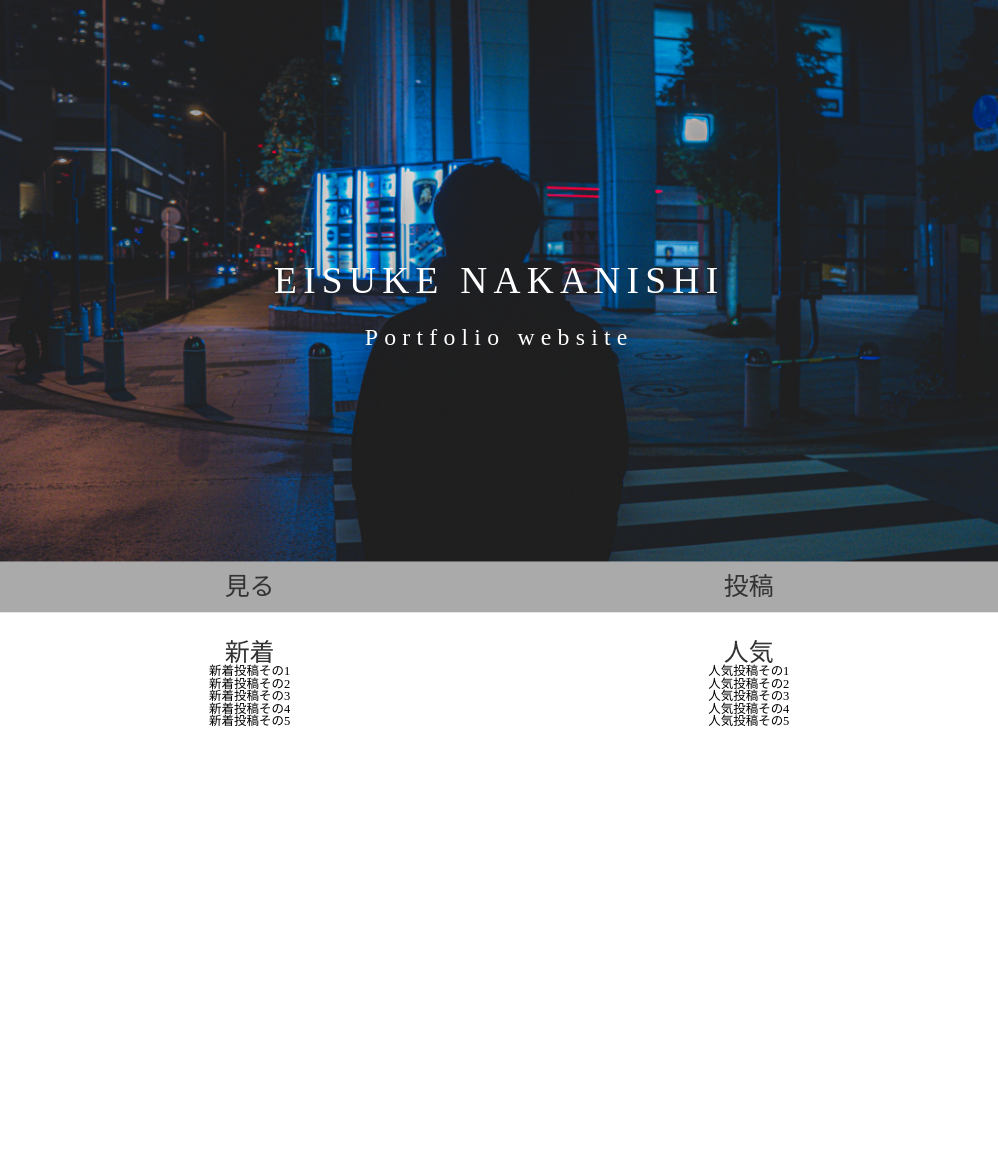
Repository: KustomApe/LandorusInc
Page: index.html
An editor plug-in stored every save of this project. The page is shown before and after the next save, followed by the edit.
The browser window is 1280 px wide. The pictures show the whole page, at 78% of full size.

Above is the page before, as saved 2021-07-24 13:17:37.

### index.html
<!DOCTYPE html>
<html lang="ja">
<head>
    <meta charset="UTF-8">
    <meta http-equiv="X-UA-Compatible" content="IE=edge">
    <meta name="viewport" content="width=device-width, initial-scale=1.0">
    <title>掲示板</title>
    <link rel="stylesheet" href="./assets/css/html5doctor.css">
    <link rel="stylesheet" href="./assets/css/style.css">
</head>
<body>
<div id="wrap">
    <div id="main_img">
        <h1>EISUKE NAKANISHI</h1>
        <h2>Portfolio website</h2>
    </div>
    <div class="contents">
        <ul id="main_btn">
            <li>見る</li>
            <li>投稿</li>
        </ul>
        <div id="topic">
            <ul class="topics">
                <li id="heading2">新着</li>
                <li>新着投稿その1</li>
                <li>新着投稿その2</li>
                <li>新着投稿その3</li>
                <li>新着投稿その4</li>
                <li>新着投稿その5</li>
            </ul>
            <ul class="topics">
                <li id="heading2">人気</li>
                <li>人気投稿その1</li>
                <li>人気投稿その2</li>
                <li>人気投稿その3</li>
                <li>人気投稿その4</li>
                <li>人気投稿その5</li>
            </ul>
        </div>
    </div>
</div>
</body>
</html>

### assets/css/html5doctor.css
html, body, div, span, object, iframe,
h1, h2, h3, h4, h5, h6, p, blockquote, pre,
abbr, address, cite, code,
del, dfn, em, img, ins, kbd, q, samp,
small, strong, sub, sup, var,
b, i,
dl, dt, dd, ol, ul, li,
fieldset, form, label, legend,
table, caption, tbody, tfoot, thead, tr, th, td,
article, aside, canvas, details, figcaption, figure,
footer, header, hgroup, menu, nav, section, summary,
time, mark, audio, video {
    margin:0;
    padding:0;
    border:0;
    outline:0;
    font-size:100%;
    vertical-align:baseline;
    background:transparent;
}

body {
    line-height:1;
}

article,aside,details,figcaption,figure,
footer,header,hgroup,menu,nav,section {
    display:block;
}

nav ul {
    list-style:none;
}

blockquote, q {
    quotes:none;
}

blockquote:before, blockquote:after,
q:before, q:after {
    content:'';
    content:none;
}

a {
    margin:0;
    padding:0;
    font-size:100%;
    vertical-align:baseline;
    background:transparent;
}

/* change colours to suit your needs */
ins {
    background-color:#ff9;
    color:#000;
    text-decoration:none;
}

/* change colours to suit your needs */
mark {
    background-color:#ff9;
    color:#000;
    font-style:italic;
    font-weight:bold;
}

del {
    text-decoration: line-through;
}

abbr[title], dfn[title] {
    border-bottom:1px dotted;
    cursor:help;
}

table {
    border-collapse:collapse;
    border-spacing:0;
}

/* change border colour to suit your needs */
hr {
    display:block;
    height:1px;
    border:0;
    border-top:1px solid #cccccc;
    margin:1em 0;
    padding:0;
}

input, select {
    vertical-align:middle;
}

### assets/css/style.css
@charset "utf-8";

body {
    width: 100%;
    max-width: 1920px;
}

div#main_img {
    position: relative;
    display: block;
    width: 100%;
    height: 100vh;
    background: url('../img/main.jpg');
    background-size: cover;
}

div#main_img h1 {
    position: absolute;
    top: 50%;
    left: 50%;
    transform: translate(-50%, -50%);
    -webkit-transform: translate(-50%, -50%);
    -ms-transform: translate(-50%, -50%);
    color: #fff;
    font-size: 3rem;
    font-weight: lighter;
    letter-spacing: 0.5rem;
}

div#main_img h2 {
    position: absolute;
    top: 60%;
    left: 50%;
    transform: translate(-50%, -50%);
    -webkit-transform: translate(-50%, -50%);
    -ms-transform: translate(-50%, -50%);
    color: #fff;
    font-size: 1.9rem;
    font-weight: lighter;
    letter-spacing: 0.5rem;
}

div.contents {
    width: 100%;
}

div.contents ul#main_btn {
    list-style: none;
    display: flex;
    width: 100%;
    height: 9vh;
    background: #aaa;
}

div.contents ul#main_btn li {
    display: block;
    width: 100%;
    height: 5vh;
    line-height: 5vh;
    margin: 0 auto;
    padding: 2vh 0;
    font-size: 2rem;
    color: #333;
    text-align: center;
}

div#topic {
    display: flex;
    width: 100%;
    height: 100vh;
}

ul.topics {
    width: 50%;
    padding-top: 5vh;
    list-style: none;
    text-align: center;
}

ul.topics li#heading2 {
    font-size: 2rem;
    color: #333;
}

After the next save:
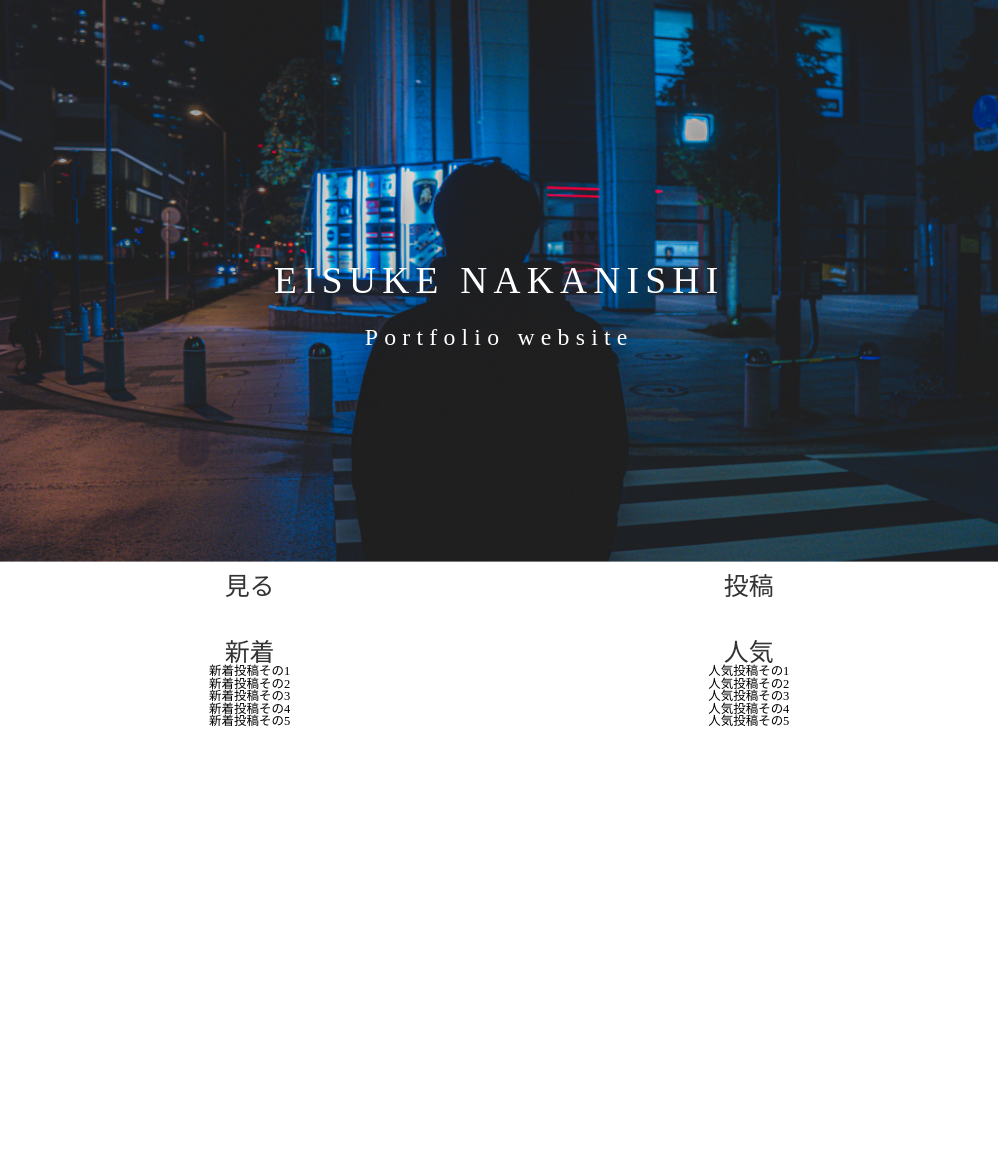
Saved 14 s later.
--- a/assets/css/style.css
+++ b/assets/css/style.css
@@ -49,7 +49,6 @@ div.contents ul#main_btn {
     display: flex;
     width: 100%;
     height: 9vh;
-    background: #aaa;
 }
 
 div.contents ul#main_btn li {
